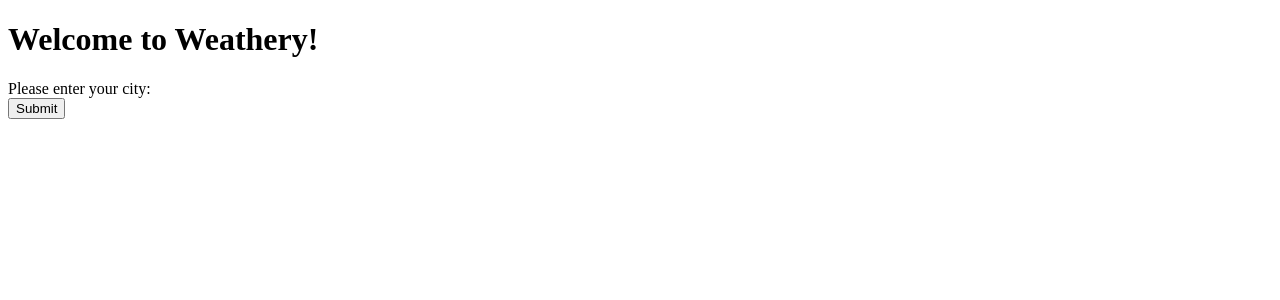
Repository: Chaunce-y/Weathery
Page: index.html
These files come from the project's save history. The page is drawn as it stood at one moment and after the next save; the edit follows.
The browser window is 1280 px wide. The pictures show the whole page.

Above is the page before, as saved 2020-08-20 15:45:20.
Console error (its wording comes from the project's code and is left out).

### index.html
<!DOCTYPE html>
<html lang="en">
<head>
    <meta charset="UTF-8">
    <meta name="viewport" content="width=device-width, initial-scale=1.0">
    <script src="https://unpkg.com/axios/dist/axios.min.js"></script>
    <title>Weathery</title>
</head>
<body>
    <h1>Welcome to Weathery!</h1>
    <div>
        <form>
            Please enter your city:
        </form>
        <button type="submit">Submit</button>
    </div>














</body>
<script src="app.js"></script>
</html>

### app.js
const weatherIcon = document.querySelector('')

After the next save:
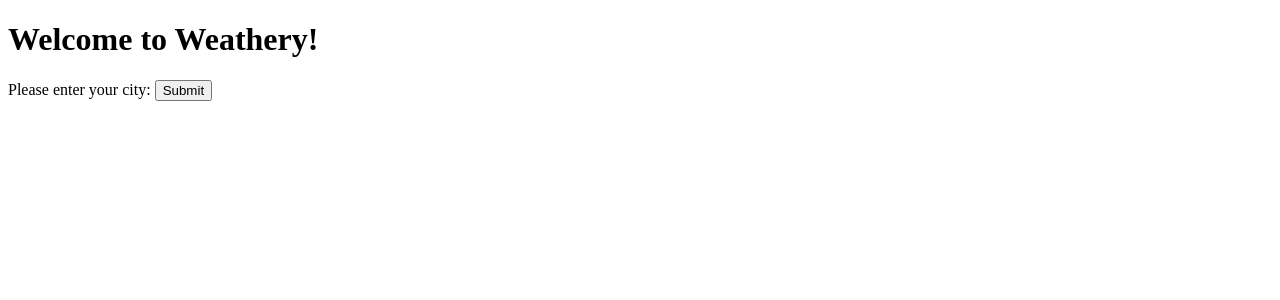
Saved 2 min 50 s later.
--- a/index.html
+++ b/index.html
@@ -10,9 +10,10 @@
     <h1>Welcome to Weathery!</h1>
     <div>
         <form>
-            Please enter your city:
+            <submit>Please enter your city: </submit>
+            <button type="submit">Submit</button>
         </form>
-        <button type="submit">Submit</button>
+
     </div>
 
 
